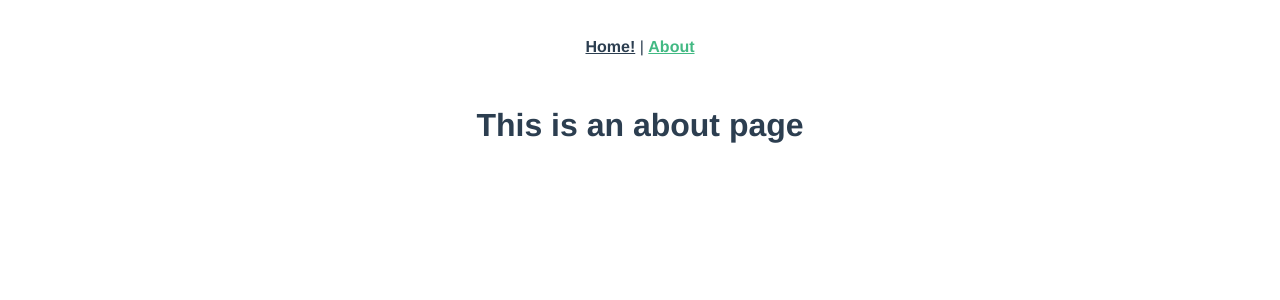
Repository: RyuGeunHwan/code_J
Page: /about (app in hello-word/)
An editor plug-in stored every save of this project. The page is shown before and after the next save, followed by the edit.
The browser window is 1280 px wide. The pictures show the whole page.
The project was rebuilt for these pictures with package versions that can differ from the ones it lists, and the page was loaded fresh each time. Also part of the build but not shown: hello-word/src/views/Home.vue.

Above is the page before, as saved 2022-08-10 16:58:02.

### hello-word/src/main.js
import Vue from 'vue'
import App from './App.vue'
import router from './router'
import store from './store'

Vue.config.productionTip = false


new Vue({
  router,
  store,
  render: h => h(App)
}).$mount('#app')

### hello-word/src/App.vue
<template>
  <div id="app">
    <div id="nav">
      <router-link to="/">Home!</router-link> |
      <router-link to="/about">About</router-link>
    </div>
    <router-view/>
  </div>
</template>

<style>
#app {
  font-family: Avenir, Helvetica, Arial, sans-serif;
  -webkit-font-smoothing: antialiased;
  -moz-osx-font-smoothing: grayscale;
  text-align: center;
  color: #2c3e50;
}

#nav {
  padding: 30px;
}

#nav a {
  font-weight: bold;
  color: #2c3e50;
}

#nav a.router-link-exact-active {
  color: #42b983;
}
</style>

### hello-word/src/views/About.vue
<template>
  <div class="about">
    <h1>This is an about page</h1>
  </div>
</template>


<script>
import KossieCoder from '@/components/KossieCoder.vue'
export default{

}
</script>

<style scoped>

</style>

### hello-word/src/components/KossieCoder.vue
<template>
    <div>
        <p>{{name}}</p>
        <button @click="updateName">Change Name</button>
    </div>
</template>

<script>
export default{
    data(){
        return{
            name : 'Kossie Coder'
        }
    },
    methods:{
        updateName(){
            this.name = 'Kossie Coder Updated';
        }
    }

}
</script>


<style scoped>


</style>

Loaded but not shown: hello-word/public/index.html (common file); hello-word/src/router/index.js (common file); hello-word/src/store/index.js (common file)

After the next save:
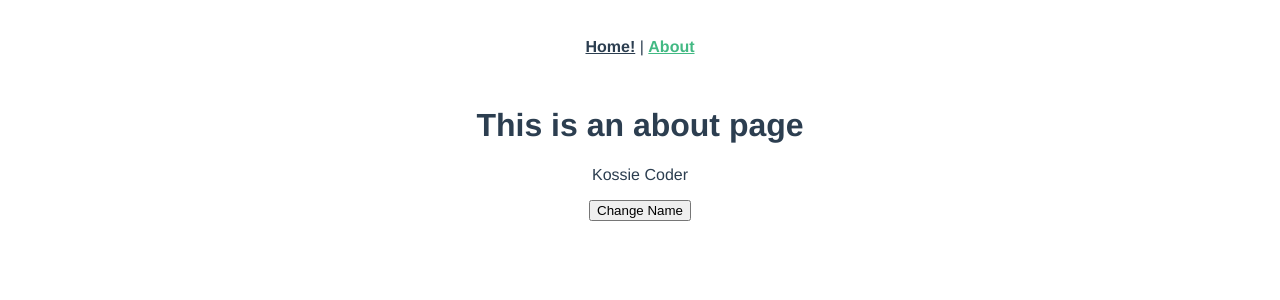
Saved 86 s later.
--- a/hello-word/src/views/About.vue
+++ b/hello-word/src/views/About.vue
@@ -1,13 +1,18 @@
 <template>
   <div class="about">
     <h1>This is an about page</h1>
+    <KossieCoder/>
   </div>
 </template>
 
 
 <script>
-import KossieCoder from '@/components/KossieCoder.vue'
+import KossieCoder from '@/components/KossieCoder.vue';
+
 export default{
+  components:{
+    KossieCoder
+  }
 
 }
 </script>
